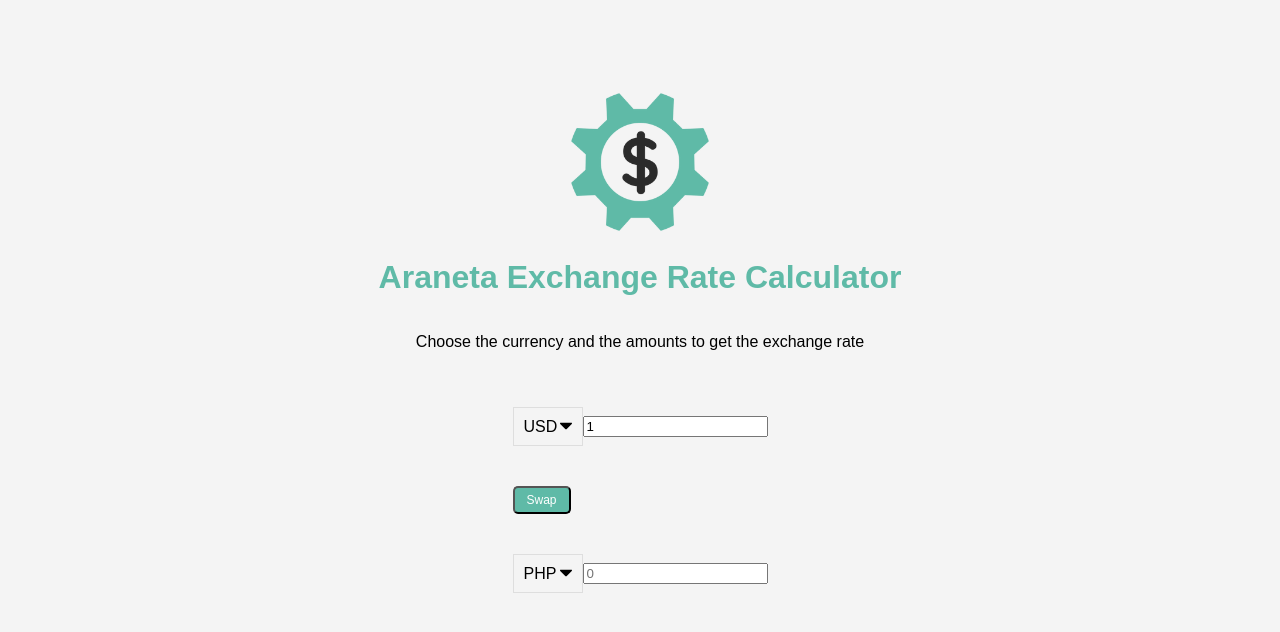
Repository: kenneth1175/ExchangeRateCalculator
Page: index.html
An editor plug-in stored every save of this project. The page is shown before and after the next save, followed by the edit.
The browser window is 1280 px wide. The pictures show the whole page.

Above is the page before, as saved 2025-10-03 23:05:09.

### index.html
<!DOCTYPE html>
<html lang="en">
  <head>
    <meta charset="UTF-8" />
    <meta name="viewport" content="width=device-width, initial-scale=1.0" />
    <title>Araneta Exchange Rate Calculator</title>
    <link rel="stylesheet" href="style.css" />
  </head>
  <body>
    <img src="./img/money.png" alt="logo" class="money-img" />
    <h1>Araneta Exchange Rate Calculator</h1>
    <p>Choose the currency and the amounts to get the exchange rate</p>

    <div class="container">
      <div class="currency">
        <select id="currency-one">
          <option value="AED">AED</option>
          <option value="ARS">ARS</option>
          <option value="AUD">AUD</option>
          <option value="BGN">BGN</option>
          <option value="BRL">BRL</option>
          <option value="BSD">BSD</option>
          <option value="CAD">CAD</option>
          <option value="CHF">CHF</option>
          <option value="CLP">CLP</option>
          <option value="CNY">CNY</option>
          <option value="COP">COP</option>
          <option value="CZK">CZK</option>
          <option value="DKK">DKK</option>
          <option value="DOP">DOP</option>
          <option value="EGP">EGP</option>
          <option value="EUR">EUR</option>
          <option value="FJD">FJD</option>
          <option value="GBP">GBP</option>
          <option value="GTQ">GTQ</option>
          <option value="HKD">HKD</option>
          <option value="HRK">HRK</option>
          <option value="HUF">HUF</option>
          <option value="IDR">IDR</option>
          <option value="ILS">ILS</option>
          <option value="INR">INR</option>
          <option value="ISK">ISK</option>
          <option value="JPY">JPY</option>
          <option value="KRW">KRW</option>
          <option value="KZT">KZT</option>
          <option value="MXN">MXN</option>
          <option value="MYR">MYR</option>
          <option value="NOK">NOK</option>
          <option value="NZD">NZD</option>
          <option value="PAB">PAB</option>
          <option value="PEN">PEN</option>
          <option value="PHP">PHP</option>
          <option value="PKR">PKR</option>
          <option value="PLN">PLN</option>
          <option value="PYG">PYG</option>
          <option value="RON">RON</option>
          <option value="RUB">RUB</option>
          <option value="SAR">SAR</option>
          <option value="SEK">SEK</option>
          <option value="SGD">SGD</option>
          <option value="THB">THB</option>
          <option value="TRY">TRY</option>
          <option value="TWD">TWD</option>
          <option value="UAH">UAH</option>
          <option value="USD" selected>USD</option>
          <option value="UYU">UYU</option>
          <option value="VND">VND</option>
          <option value="ZAR">ZAR</option>
        </select>
        <input type="number" id="amount-one" placeholder="0" value="1" />
      </div>

      <div class="swap-rate-container">
        <button class="btn" id="rate">Swap</button>
        <div class="rate" id="rate"></div>
      </div>

      <div class="currency">
        <select id="currency-two">
          <option value="AED">AED</option>
          <option value="ARS">ARS</option>
          <option value="AUD">AUD</option>
          <option value="BGN">BGN</option>
          <option value="BRL">BRL</option>
          <option value="BSD">BSD</option>
          <option value="CAD">CAD</option>
          <option value="CHF">CHF</option>
          <option value="CLP">CLP</option>
          <option value="CNY">CNY</option>
          <option value="COP">COP</option>
          <option value="CZK">CZK</option>
          <option value="DKK">DKK</option>
          <option value="DOP">DOP</option>
          <option value="EGP">EGP</option>
          <option value="EUR">EUR</option>
          <option value="FJD">FJD</option>
          <option value="GBP">GBP</option>
          <option value="GTQ">GTQ</option>
          <option value="HKD">HKD</option>
          <option value="HRK">HRK</option>
          <option value="HUF">HUF</option>
          <option value="IDR">IDR</option>
          <option value="ILS">ILS</option>
          <option value="INR">INR</option>
          <option value="ISK">ISK</option>
          <option value="JPY">JPY</option>
          <option value="KRW">KRW</option>
          <option value="KZT">KZT</option>
          <option value="MXN">MXN</option>
          <option value="MYR">MYR</option>
          <option value="NOK">NOK</option>
          <option value="NZD">NZD</option>
          <option value="PAB">PAB</option>
          <option value="PEN">PEN</option>
          <option value="PHP" selected>PHP</option>
          <option value="PKR">PKR</option>
          <option value="PLN">PLN</option>
          <option value="PYG">PYG</option>
          <option value="RON">RON</option>
          <option value="RUB">RUB</option>
          <option value="SAR">SAR</option>
          <option value="SEK">SEK</option>
          <option value="SGD">SGD</option>
          <option value="THB">THB</option>
          <option value="TRY">TRY</option>
          <option value="TWD">TWD</option>
          <option value="UAH">UAH</option>
          <option value="USD">USD</option>
          <option value="UYU">UYU</option>
          <option value="VND">VND</option>
          <option value="ZAR">ZAR</option>
        </select>
        <input type="number" id="amount-two" placeholder="0" />
      </div>
    </div>
    <script src="script.js"></script>
  </body>
</html>

### style.css
:root {
  --primary-color: #5fbaa7;
}

* {
  box-sizing: border-box;
}

body {
  background-color: #f4f4f4;
  font-family: Arial, Helvetica, sans-serif;
  display: flex;
  flex-direction: column;
  align-items: center;
  justify-content: center;
  height: 100vh;
  margin: 0;
  padding: 20px;
}

h1 {
  color: var(--primary-color);
}

p {
  text-align: center;
}

.btn {
  color: #fff;
  background: var(--primary-color);
  cursor: pointer;
  border-radius: 5px;
  font-size: 12px;
  padding: 5px 12px;
}

.money-img {
  width: 150px;
}

.currency {
  padding: 40px 0;
  display: flex;
  align-items: center;
  justify-content: space-between;
}

.currency select {
  padding: 10px 20px 10px 10px;
  -moz-appearance: none;
  -webkit-appearance: none;
  appearance: none;
  border: 1px solid #dedede;
  font-size: 16px;
  background: transparent;
  background-image: url("data:[embedded picture, 475 characters]");
  background-position: right 10px top 50%, 0, 0;
  background-size: 12px auto, 100%;
  background-repeat: no-repeat;
}

Loaded but not shown: script.js (no stored copy; drawn as an empty file)

After the next save:
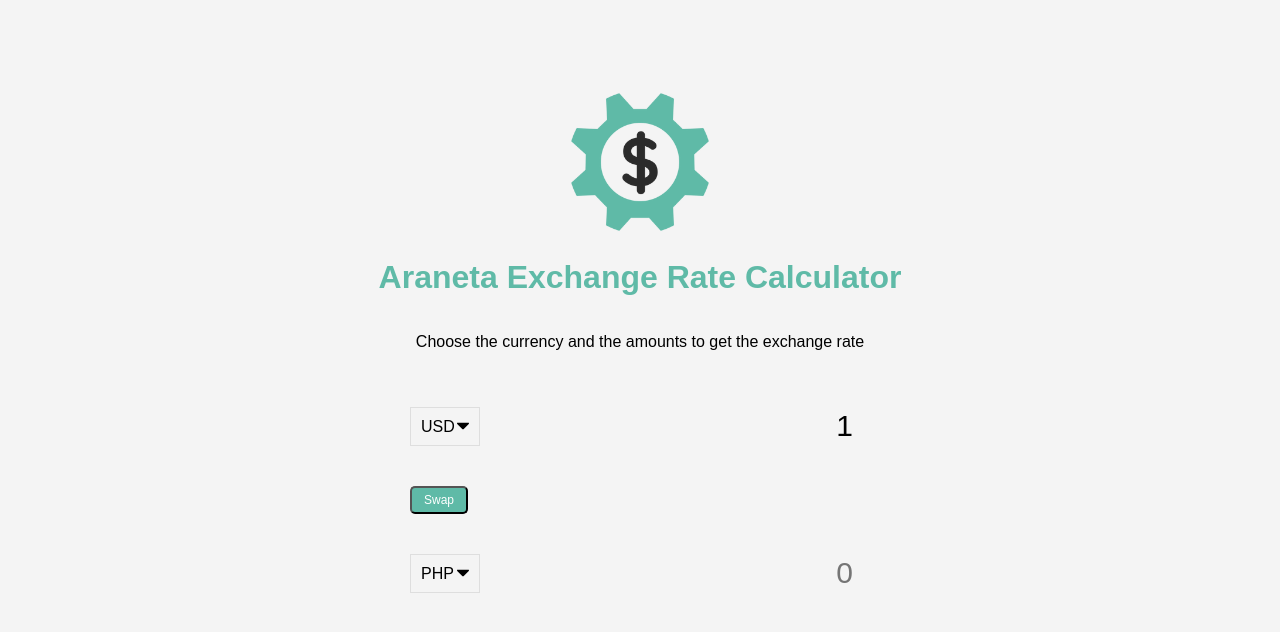
Saved 2 min 48 s later.
--- a/style.css
+++ b/style.css
@@ -59,3 +59,10 @@ p {
   background-size: 12px auto, 100%;
   background-repeat: no-repeat;
 }
+
+.currency input {
+  border: 0;
+  background: transparent;
+  font-size: 30px;
+  text-align: right;
+}
